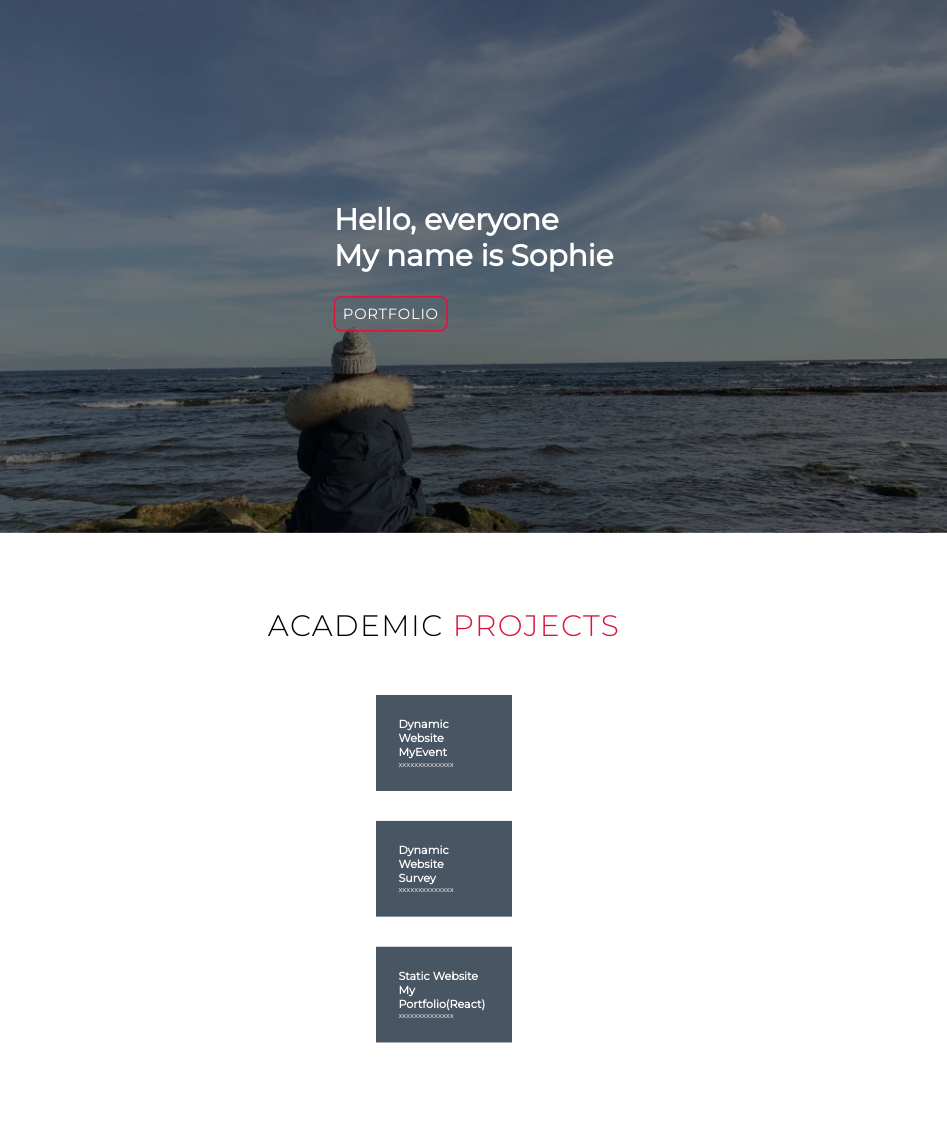
Repository: wenxi0504/StaticWebsite_Profolio
Page: index.html
These files come from the project's save history. The page is drawn as it stood at one moment and after the next save; the edit follows.
The browser window is 1280 px wide. The pictures show the whole page, at 74% of full size.

Above is the page before, as saved 2022-03-03 21:55:40.

### index.html
<!DOCTYPE html>
<html lang="en">
  <head>
    <meta charset="UTF-8" />
    <meta http-equiv="X-UA-Compatible" content="IE=edge" />
    <meta name="viewport" content="width=device-width, initial-scale=1.0" />
    <link rel="stylesheet" href="style.css" />
    <title>Portfolio</title>
  </head>
  <body>
    <!-- Introduction Section -->
    <section id="myIntro">
      <div class="myIntro container">
        <div class="card">
          <h1>Hello, everyone <span></span></h1>
          <h1>My name is Sophie <span></span></h1>
          <a href="#" type="button" class="cta">Portfolio</a>
        </div>
      </div>
    </section>
    <!-- End Introduction Section -->
    <!-- Projects Section -->
    <section id="projects">
      <div class="projects container">
        <div class="projects-header">
          <h1 class="section-title">Academic <span>Projects</span></h1>
        </div>
        <div class="all-projects">
          <div class="project-item">
            <div class="project-info">
              <h1>Dynamic Website</h1>
              <h2>MyEvent</h2>
              <p>xxxxxxxxxxxxxx</p>
            </div>
            <div class="project-img">
              <!-- <img src="./images/MyEventCover1.jpg" alt="MyEventImg"> -->
            </div>
          </div>
          <div class="project-item">
            <div class="project-info">
              <h1>Dynamic Website</h1>
              <h2>Survey</h2>
              <p>xxxxxxxxxxxxxx</p>
            </div>
            <div class="project-img">
              <!-- <img src="./images/EclipseSurvey.jpg" alt="SurveyImg"> -->
            </div>
          </div>
          <div class="project-item">
            <div class="project-info">
              <h1>Static Website</h1>
              <h2>My Portfolio(React)</h2>
              <p>xxxxxxxxxxxxxx</p>
            </div>
            <div class="project-img">
              <!-- <img src="./images/MyPortfolioReact.jpg" alt="MyPortfolioReactImg"> -->
            </div>
          </div>
        </div>
      </div>
    </section>
    <!-- End  Projects Section -->
  </body>
</html>

### style.css
/* import custom font from GoogleFonts */
@import "https://fonts.googleapis.com/css?family=Montserrat:300, 400, 700&display=swap";
* {
  margin: 0px;
  padding: 0px;
  box-sizing: border-box;
}

html {
  font-size: 10px;
  font-family: "Montserrat", sans-serif;
}

a {
  text-decoration: none;
}

.container {
  min-height: 100vh;
  width: 100%;
  display: flex;
  align-items: center;
  justify-content: center;
}

/* myIntro section */
#myIntro {
  background-image: url(./images/ProfolioBackground.jpg);
  background-size: cover;
  background-position: top center;
  position: relative;
  z-index: 0;

}

/* background blurring */
#myIntro ::after {
  content: '';
  position: absolute;
  left: 0px;
  top: 0px;
  height: 100%;
  width: 100%;
  background-color:black;
  opacity: 10%;
  z-index: -1;
}

/* setup the max-width window */
#myIntro .myIntro{
max-width: 1200px;
margin: 0 auto;
padding: 0 50px;
justify-content: center;
}



#myIntro h1 {
  display: block;
  width: fit-content;
  font-size: 4rem;
  color: white;
  /* animation: text_reveal 0.5s ease forwards;
  animation-delay: 1s; */


}

/* #myIntro h1:nth-child(1){

  animation-delay:1s;
}

#myIntro h1:nth-child(2){

  animation-delay:2s;
}

#myIntro h1 span{
position: absolute;
top:0;
left:0;
height: 100%;
width: 0;
background-color:crimson;
animation: text_reveal_box 1s ease;
animation-delay:0.5s

}

#myIntro h1:nth-child(1) span {
	animation-delay: 0.5s;
}
#myIntro h1:nth-child(2) span {
	animation-delay: 1.5s;
} */

#myIntro .cta {
  display: inline-block;
  padding: 1rem 1rem;
  color: white;
  background-color: transparent;
  border: 2px solid crimson;
  border-radius: 10px;
  font-size: 2rem;
  text-transform: uppercase;
  letter-spacing: 0.1rem;
  margin-top: 30px;
  transition: 0.3s ease;
  transition-property: background-color;
}

#myIntro .cta:hover {
  background-color: crimson;
}

/* end myIntro section */

/* keyframes */
/* @keyframes text_reveal_box {
	50% {
		width: 100%;
		left: 0;
	}
	100% {
		width: 0;
		left: 100%;
	}
}
@keyframes text_reveal {
	100% {
		color: white;
	}
} */

/* Project Section */
.section-title {
	font-size: 4rem;
	font-weight: 300;
	color: black;
	margin-bottom: 10px;
	text-transform: uppercase;
	letter-spacing: 0.2rem;
	text-align: center;
}
.section-title span {
	color: crimson;
}

#projects .projects{
  flex-direction: column;
  max-width: 1200px;
  margin: 0,auto;
  padding: 100px 0;

}

#projects .projects-header h1{
  margin-bottom: 50px;
}

#projects .all-projects{
  display:flex;
  flex-direction: column;
  justify-content: center;
  align-items:center;
}

#projects .project-item{
  display: flex;
  flex-direction: column;
  justify-content: center;
  align-items:center;
  width:90%;
  margin: 20px auto;
  overflow: hidden;
  border: radius 10px;

}

#projects .project-info{
  display: flex;
  flex-direction: column;
  justify-content: center;
  align-items:flex-start;
  padding: 30px;
  flex-basis: 50%;
  height: 100%;
  background-image:linear-gradient(60deg,#29323c, 0%, #485563 100%);
  color:white;
}

After the next save:
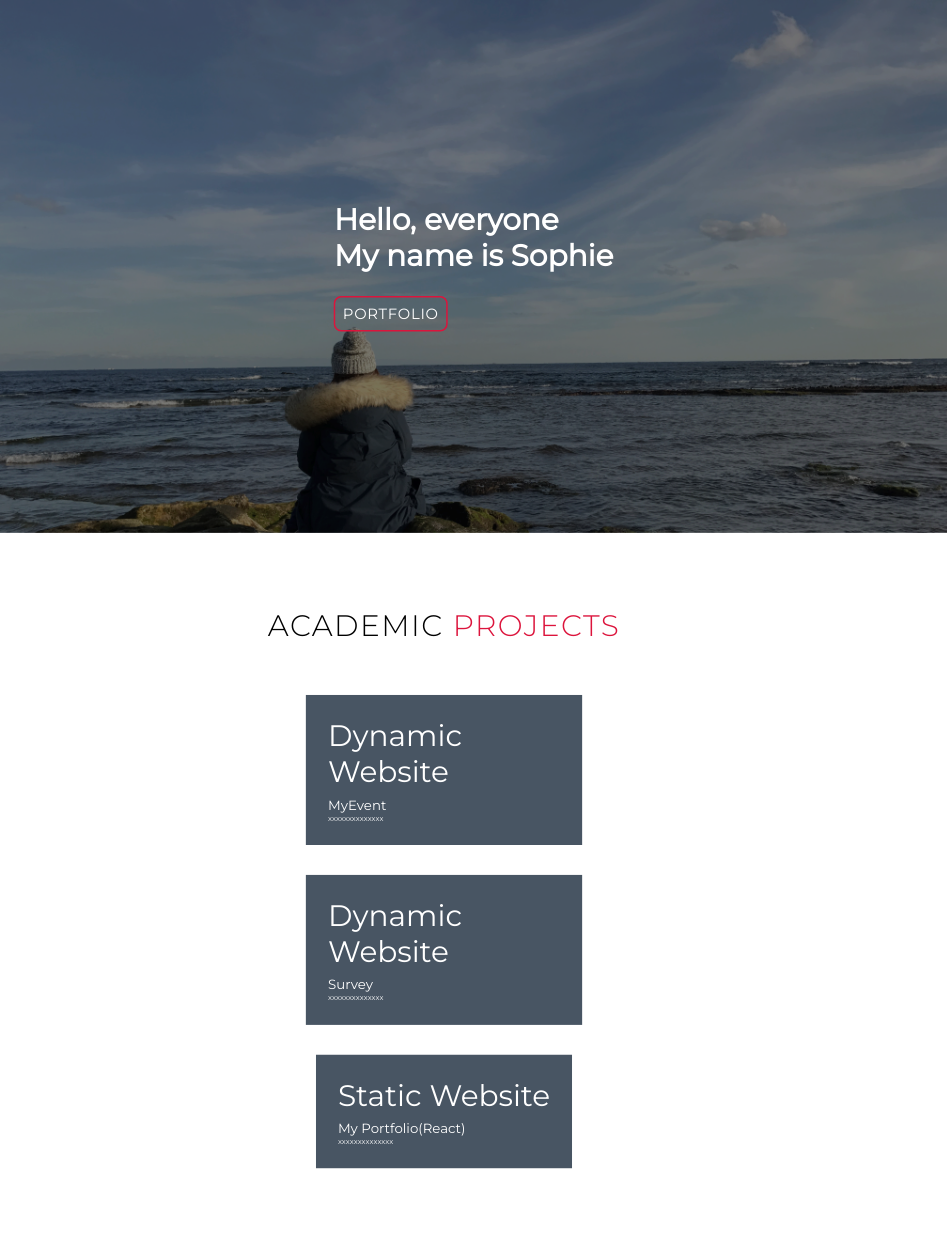
Saved 78 s later.
--- a/style.css
+++ b/style.css
@@ -190,3 +190,16 @@ animation-delay:0.5s
   background-image:linear-gradient(60deg,#29323c, 0%, #485563 100%);
   color:white;
 }
+
+#projects .project-info h1 {
+	font-size: 4rem;
+	font-weight: 500;
+}
+#projects .project-info h2 {
+	font-size: 1.8rem;
+	font-weight: 500;
+	margin-top: 10px;
+}
+#projects .project-info p {
+	color: white;
+}
